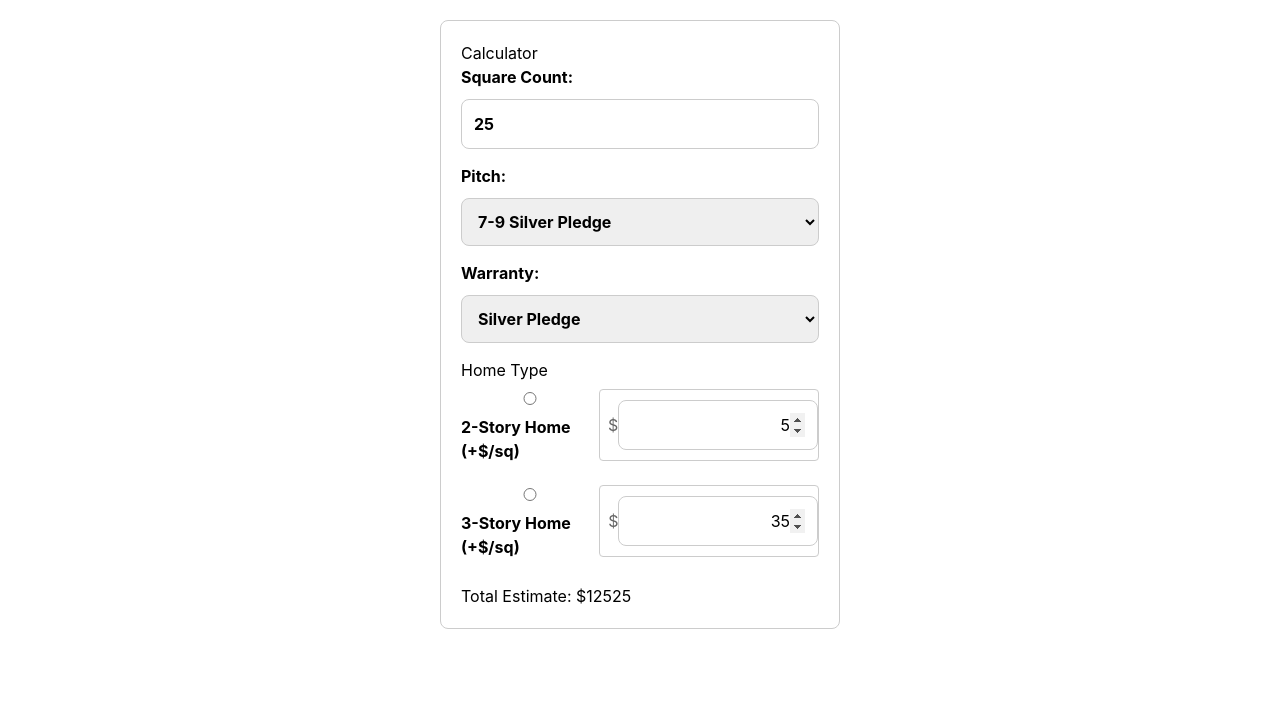
Repository: Tripp-L/roof-calc-app
Page: /
The author's editor kept a copy of each file at every save. The page is drawn from the files as they stood at one save, then again after the next save.
The browser window is 1280 px wide. The pictures show the whole page.
The project was rebuilt for these pictures with package versions that can differ from the ones it lists, and the page was loaded fresh each time.

Above is the page before, as saved 2024-10-13 22:54:20.

After the next save:
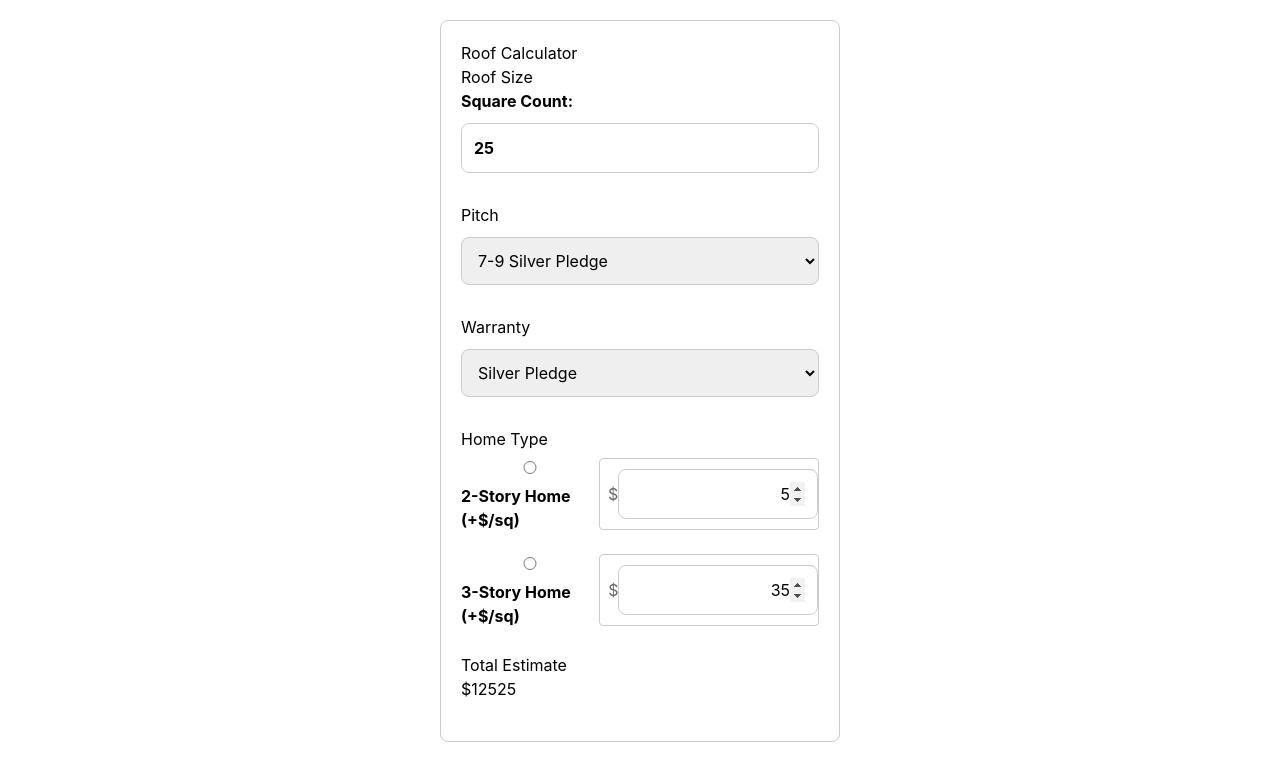
Saved 8 min 40 s later.
--- a/src/RoofCalculator.js
+++ b/src/RoofCalculator.js
@@ -10,7 +10,6 @@ const RoofCalculator = () => {
   const [selectedHomeType, setSelectedHomeType] = useState('');
 
   const pricePerSq = 450;
-  const roofOnlyPrice = 11250;
   const warrantyCosts = {
     'Silver Pledge': 400,
     'Golden Pledge': 500
@@ -36,35 +35,35 @@ const RoofCalculator = () => {
 
   return (
     <div className="calculator">
-      <h2>Calculator</h2>
+      <h1>Roof Calculator</h1>
 
-      <div>
+      <div className="calculator-section">
+        <h3>Roof Size</h3>
         <label>
           Square Count:
           <input
             type="number"
             value={squareCount}
-            onChange={(e) => setSquareCount(Number(e.target.value))}
+            onChange={(e) => setSquareCount(Math.max(0, parseInt(e.target.value) || 0))}
+            min="0"
           />
         </label>
       </div>
-      <div>
-        <label>
-          Pitch:
-          <select value={pitch} onChange={(e) => setPitch(e.target.value)}>
-            <option value="7-9 Silver Pledge">7-9 Silver Pledge</option>
-            <option value="10-12 Golden Pledge">10-12 Golden Pledge</option>
-          </select>
-        </label>
+
+      <div className="calculator-section">
+        <h3>Pitch</h3>
+        <select value={pitch} onChange={(e) => setPitch(e.target.value)}>
+          <option value="7-9 Silver Pledge">7-9 Silver Pledge</option>
+          <option value="10-12 Golden Pledge">10-12 Golden Pledge</option>
+        </select>
       </div>
-      <div>
-        <label>
-          Warranty:
-          <select value={warranty} onChange={(e) => setWarranty(e.target.value)}>
-            <option value="Silver Pledge">Silver Pledge</option>
-            <option value="Golden Pledge">Golden Pledge</option>
-          </select>
-        </label>
+
+      <div className="calculator-section">
+        <h3>Warranty</h3>
+        <select value={warranty} onChange={(e) => setWarranty(e.target.value)}>
+          <option value="Silver Pledge">Silver Pledge</option>
+          <option value="Golden Pledge">Golden Pledge</option>
+        </select>
       </div>
 
       <div className="calculator-section">
@@ -115,8 +114,9 @@ const RoofCalculator = () => {
         </div>
       </div>
 
-      <div>
-        <h2>Total Estimate: ${calculateTotal()}</h2>
+      <div className="calculator-section">
+        <h3>Total Estimate</h3>
+        <p>${calculateTotal()}</p>
       </div>
     </div>
   );
